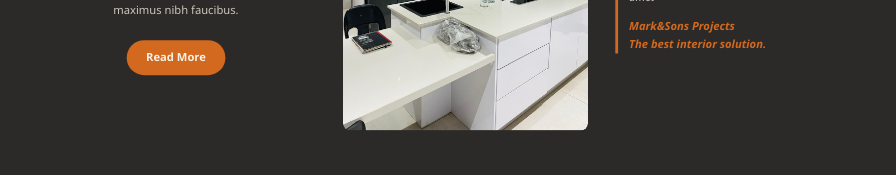
Repository: VallowEvido/Mark-SonsProjects
Page: about.html
The author's editor kept a copy of each file at every save. The page is drawn from the files as they stood at one save, then again after a run of saves.
The browser window is 1280 px wide. The pictures show the part of the page from y = 639 to 2559 px (the page is 889 px tall before and 6428 px after), at 70% of full size.

Above is the page before, as saved 2025-07-17 21:22:54.

After the next 7 saves:
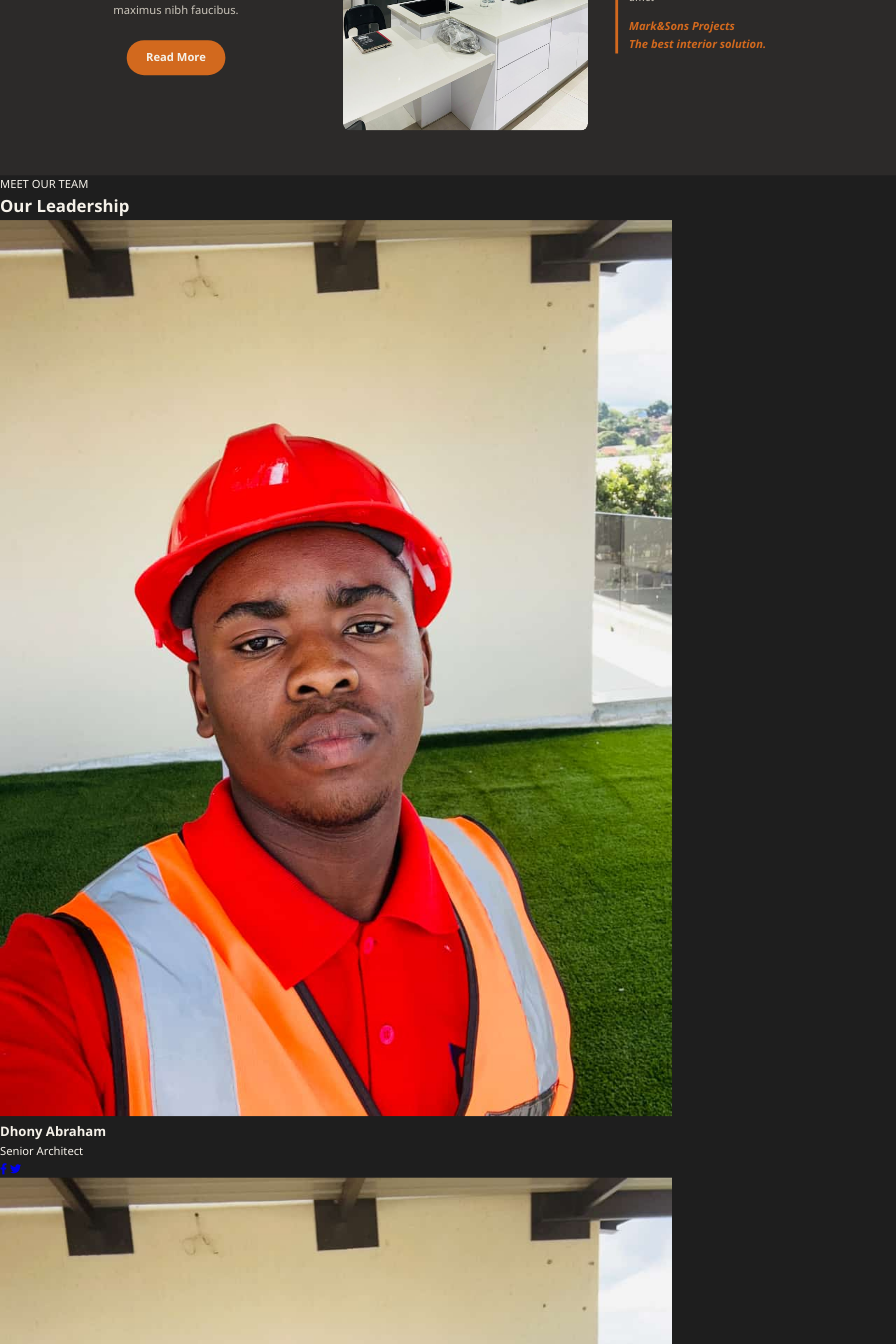
The 7 saves are shown as one change because they came seconds apart.
The last was saved 13 h 5 min later.
--- a/about.html
+++ b/about.html
@@ -44,5 +44,51 @@
       </blockquote>
     </div>
   </section>
+
+  <section class="leadership-section">
+    <div class="container">
+      <p class="section-subtitle">MEET OUR TEAM</p>
+      <h2 class="section-title">Our Leadership</h2>
+      <div class="leadership-cards">
+        <div class="leadership-card">
+          <img src="teammembers/fan.jpg" alt="Dhony Abraham" />
+          <h3>Dhony Abraham</h3>
+          <p>Senior Architect</p>
+          <div class="social-icons">
+            <a href="#" class="facebook"><i class="fab fa-facebook-f"></i></a>
+            <a href="#" class="twitter"><i class="fab fa-twitter"></i></a>
+          </div>
+        </div>
+        <div class="leadership-card">
+          <img src="teammembers/fan.jpg" alt="Natalia Olson" />
+          <h3>Natalia Olson</h3>
+          <p>Creative Director</p>
+          <div class="social-icons">
+            <a href="#" class="facebook"><i class="fab fa-facebook-f"></i></a>
+            <a href="#" class="twitter"><i class="fab fa-twitter"></i></a>
+          </div>
+        </div>
+        <div class="leadership-card">
+          <img src="teammembers/fan.jpg" alt="Rhoda Byrd" />
+          <h3>Rhoda Byrd</h3>
+          <p>Senior Architect</p>
+          <div class="social-icons">
+            <a href="#" class="facebook"><i class="fab fa-facebook-f"></i></a>
+            <a href="#" class="twitter"><i class="fab fa-twitter"></i></a>
+          </div>
+        </div>
+        <div class="leadership-card">
+          <img src="teammembers/fan.jpg" alt="Grace Hall" />
+          <h3>Grace Hall</h3>
+          <p>Creative Director</p>
+          <div class="social-icons">
+            <a href="#" class="facebook"><i class="fab fa-facebook-f"></i></a>
+            <a href="#" class="twitter"><i class="fab fa-twitter"></i></a>
+          </div>
+        </div>
+      </div>
+    </div>
+  </section>
+
 </body>
 </html>
